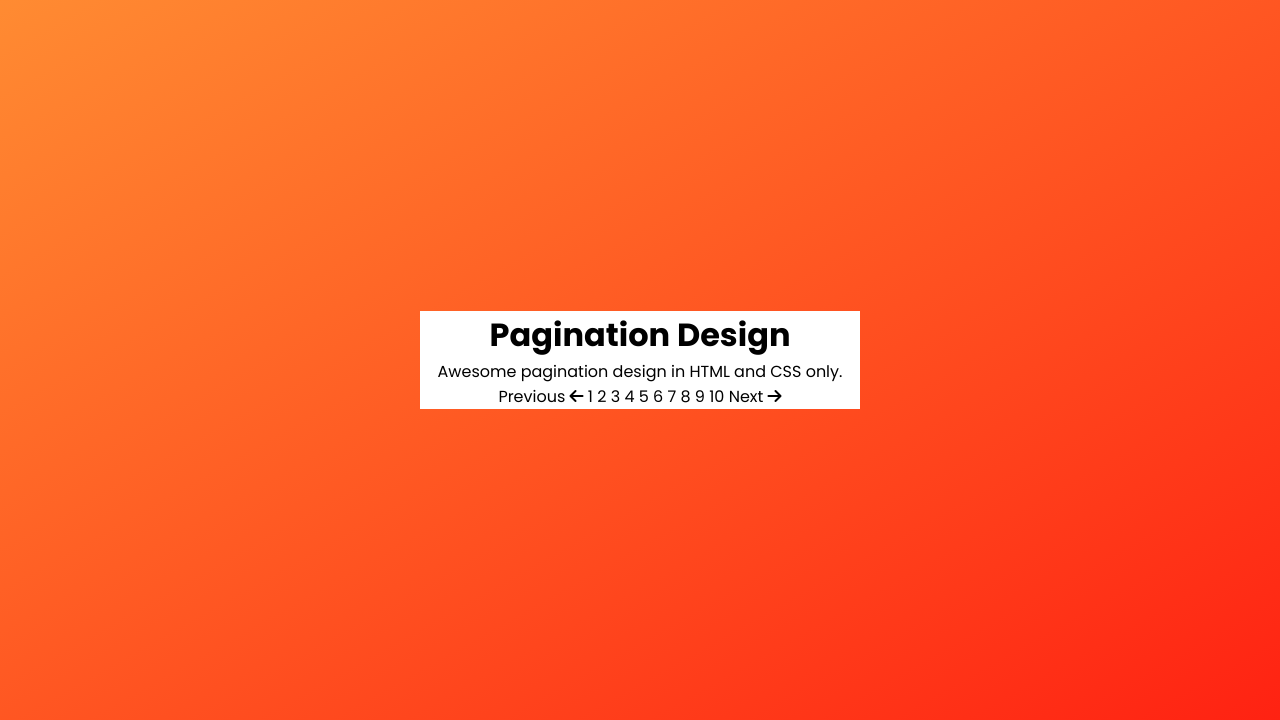
Repository: Ankitkr2021/Awesome-Pagination
Page: index.html
An editor plug-in stored every save of this project. The page is shown before and after the next save, followed by the edit.
The browser window is 1280 px wide. The pictures show the whole page.

Above is the page before, as saved 2025-10-02 08:57:20.

After the next save:
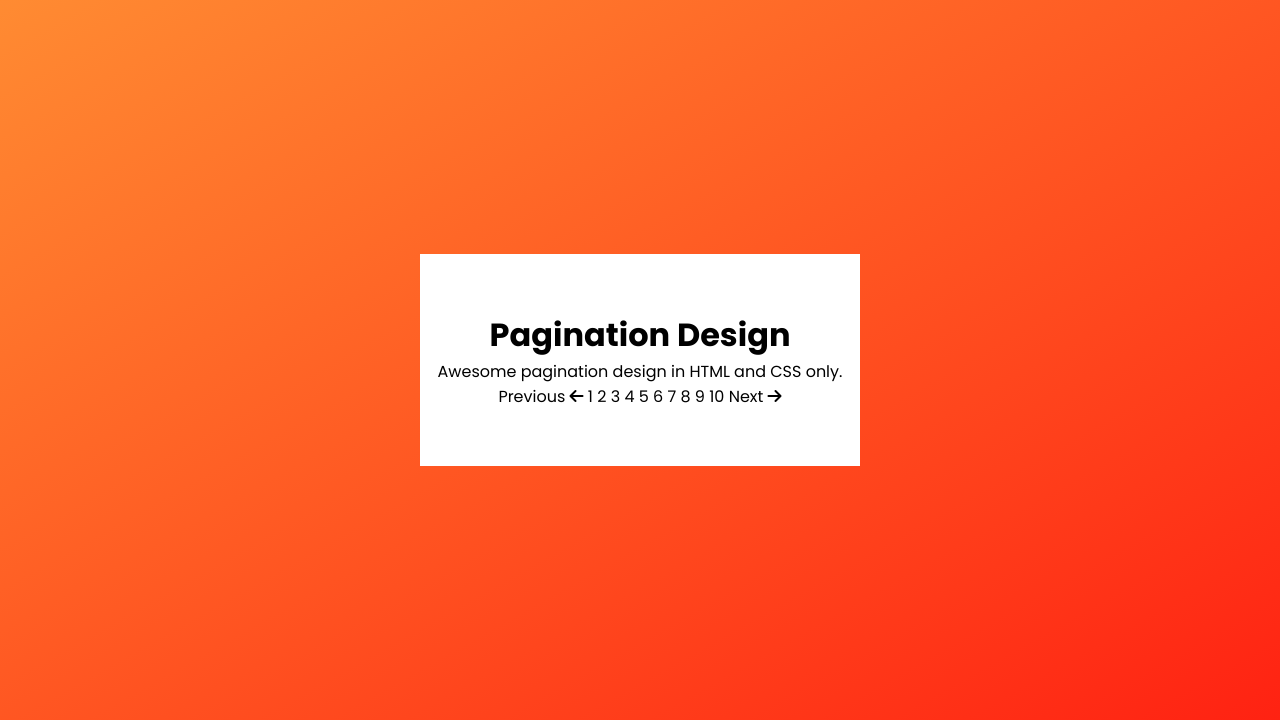
Saved 10 s later.
--- a/style.css
+++ b/style.css
@@ -23,4 +23,5 @@ body{
    flex-direction: column;
    background: #fff;
    width: 440px;
+   height: 212px;
 }
